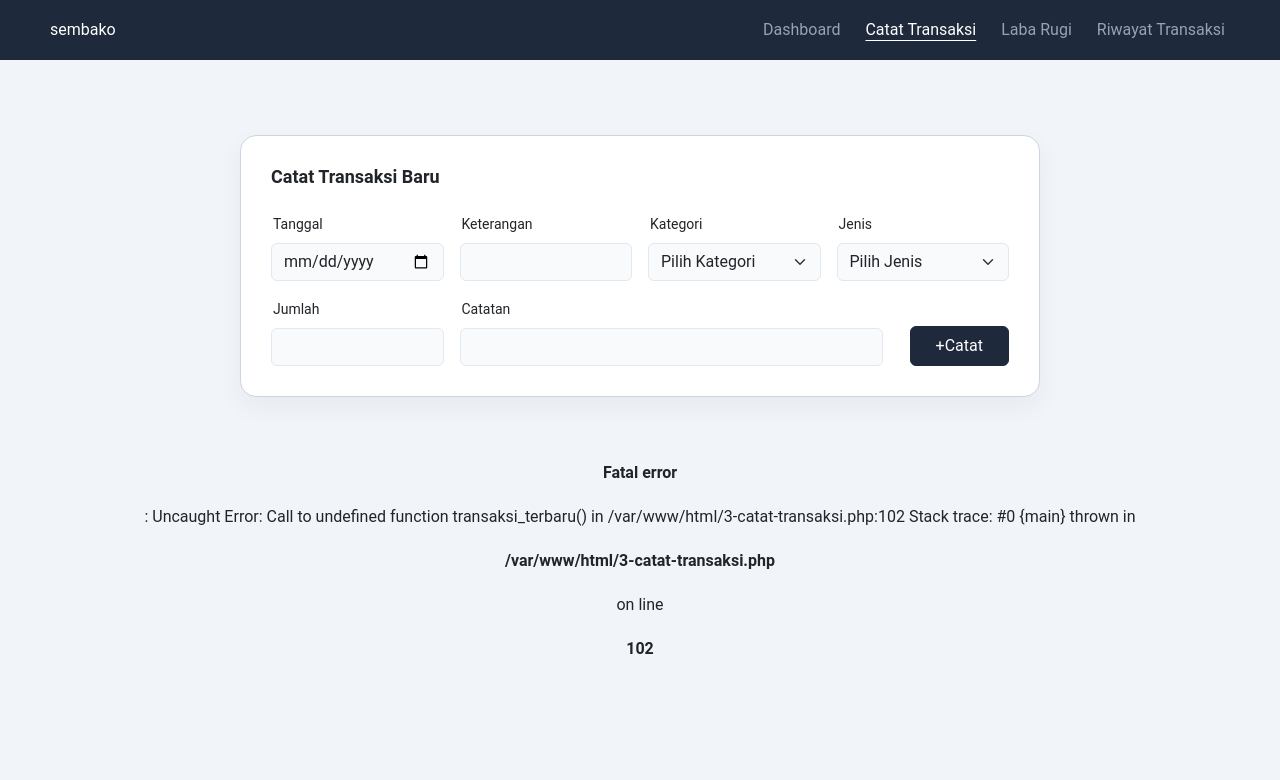
Repository: musdalifahzahra/Projek-Akhir-PWD-2026
Page: http://localhost/3-catat-transaksi.php
These files come from the project's save history. The page is drawn as it stood at one moment and after the next save; the edit follows.
The browser window is 1280 px wide. The pictures show the whole page.
The page is run by PHP 8.4 with error messages shown; the project is at /var/www/html/. The database holds what the project's SQL file puts in it.

Above is the page before, as saved 2026-04-22 14:38:58.

After the next save:
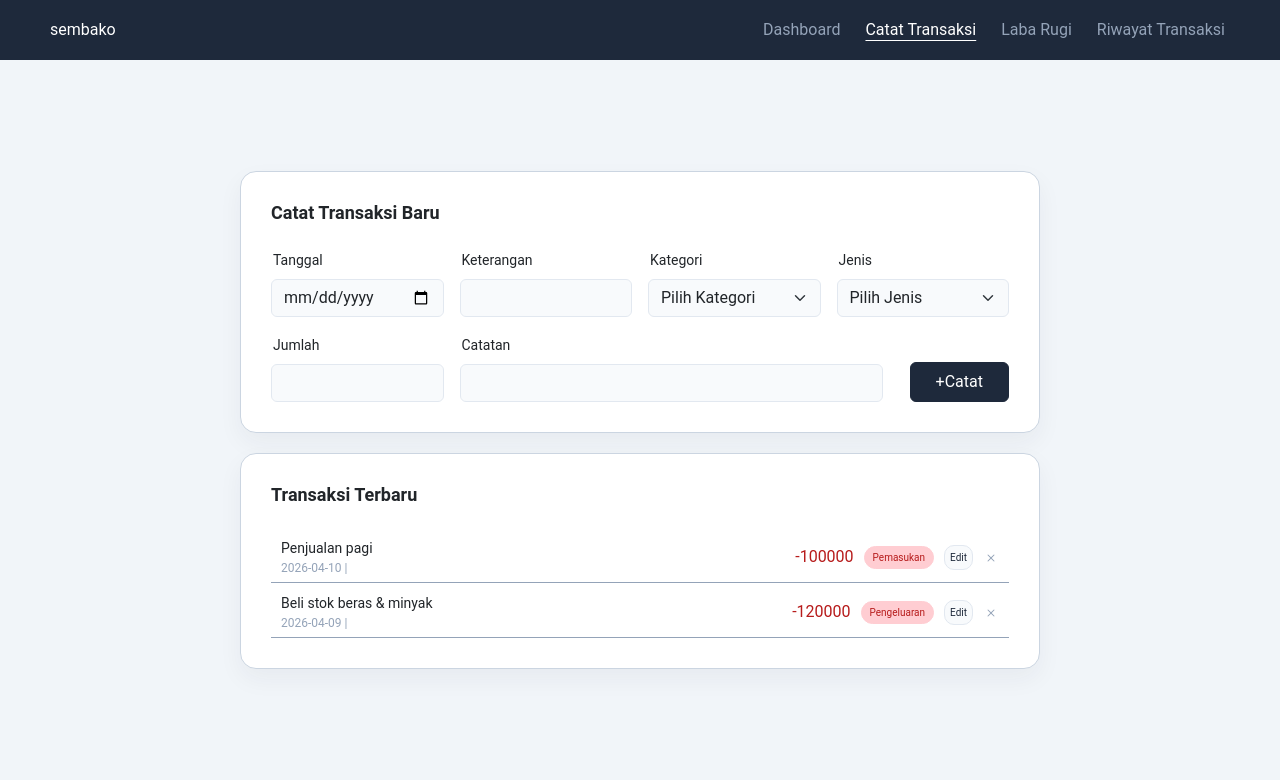
Saved 33 s later.
--- a/0-koneksi.php
+++ b/0-koneksi.php
@@ -100,3 +100,14 @@ if (isset($_POST["submit-ubah"])) {
         ";
     }
 }
+
+function transaksi_terbaru()
+{
+    global $conn;
+    $transaksi_terbaru = mysqli_query($conn, "SELECT * FROM transaksi ORDER BY No DESC LIMIT 6");
+    $rows = [];
+    while ($row = mysqli_fetch_assoc($transaksi_terbaru)) {
+        $rows[] = $row;
+    }
+    return $rows;
+}
